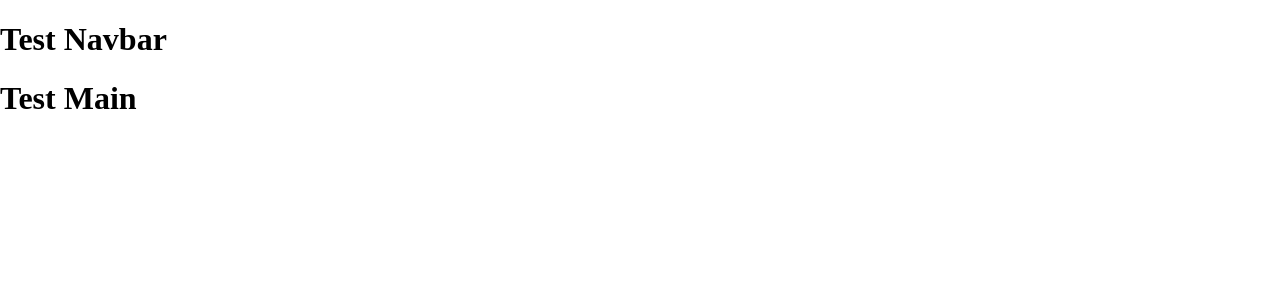
Repository: evemcd/scrimba-react2
Page: / (app in vite-react/)
These files come from the project's save history. The page is drawn as it stood at one moment and after a run of saves; the edit follows.
The browser window is 1280 px wide. The pictures show the whole page.
The project was rebuilt for these pictures with package versions that can differ from the ones it lists, and the page was loaded fresh each time. Also part of the build but not shown: vite-react/vite.config.js.

Above is the page before, as saved 2023-08-04 10:10:53.

After the next 2 saves:
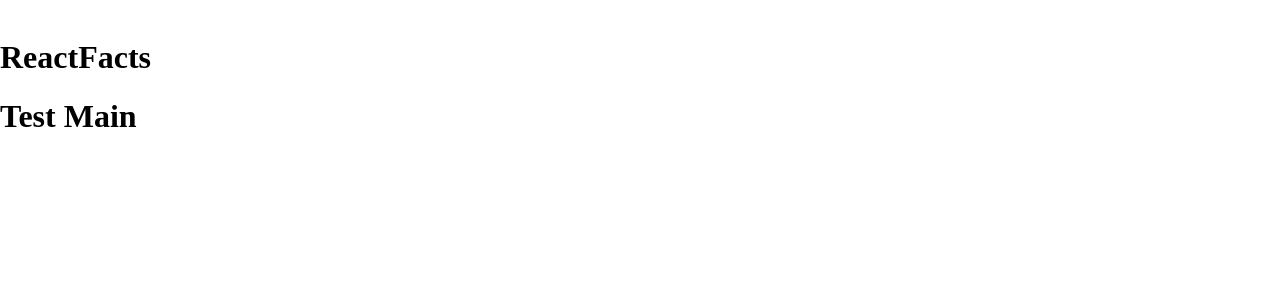
The 2 saves are shown as one change because 1 did not build or start.
The last was saved 4 min 3 s later.
--- a/vite-react/src/components/Navbar.jsx
+++ b/vite-react/src/components/Navbar.jsx
@@ -1,5 +1,8 @@
 export default function Navbar() {
     return (
-        <h1>Test Navbar</h1>
+        <div>
+            <img src="" />
+            <h1>ReactFacts</h1>
+        </div>
     )
 }
